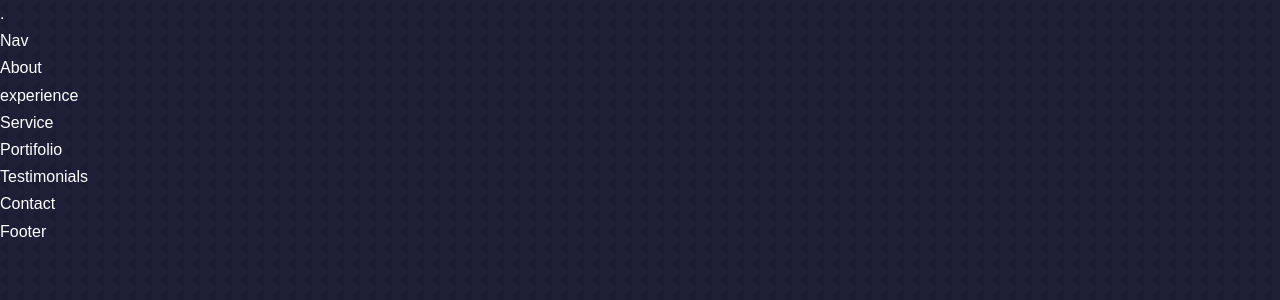
Repository: YuriSarmanho/Portifolio-
Page: / (app in portifolio/)
The author's editor kept a copy of each file at every save. The page is drawn from the files as they stood at one save, then again after a run of saves.
The browser window is 1280 px wide. The pictures show the whole page.
The project was rebuilt for these pictures with package versions that can differ from the ones it lists, and the page was loaded fresh each time. Also part of the build but not shown: portifolio/src/Components/Header/Header.css.

Above is the page before, as saved 2022-05-11 16:01:55.

### portifolio/public/index.html
<!DOCTYPE html>
<html lang="pt-br">
<head>
    <meta charset="UTF-8">
    <meta http-equiv="X-UA-Compatible" content="IE=edge">
    <meta name="viewport" content="width=device-width, initial-scale=1.0">
    <title>Yuri Sarmanho Monteiro</title>
</head>
<body>
    <div id="root"></div>
</body>
</html>

### portifolio/src/index.js
import ReactDOM from 'react-dom'
import App from './App'

ReactDOM.render(<App/>, document.querySelector("#root"))

### portifolio/src/App.jsx
import React from "react";
import './index.css'

import Header from "./Components/Header/Header";
import About from "./Components/About/About";
import Contact from "./Components/Contact/Contact";
import Experience from "./Components/Experience/Experience";
import Footer from "./Components/Footer/Footer";
import Nav from "./Components/Nav/Nav";
import Testimonials from "./Components/Testimonials/Testimonials";
import Service from "./Components/Service/Service";
import Portifolio from "./Components/Portifolio/Portifolio";



const App = () => {
  return (
    <>
      <Header />
      <Nav/>
      <About />
      <Experience/>
      <Service/>
      <Portifolio/>
      <Testimonials/>
      <Contact/>
      <Footer/>
    </>
  );
};

export default App;

### portifolio/src/index.css
* {
  margin: 0;
  padding: 0;
  border: 0;
  outline: 0;
  box-sizing: border-box;
  list-style: none;
  text-decoration: none;
}
:root {
  --color-bg: #1f1f38;
  --color-bg-variant: #2c2c6c;
  --color-primary: #4db5ff;
  --color-primary-variant: rgba(77, 181, 255, 0.4);
  --color-white: #fff;
  --color-light: rgba(255, 255, 255, 0.6);

  --transition: all 400ms ease;

  --container-width-lg: 75%;
  --container-width-md: 86%;
  --container-width-sm: 90%;
}
html {
  scroll-behavior: smooth;
}
::-webkit-scrollbar {
  display: none;
}

body {
  font-family: "Poppins", sans-serif;
  background-color: var(--color-bg);
  color: var(--color-white);
  line-height: 1.7;
  background-image: url(../src/assets/bg-texture.png);
}

.container {
  width: var(--container-width-lg);
  margin: 0 auto;
}

h1,
h2,
h3,
h4,
h5 {
  font-weight: 500;
}
h1 {
  font-size: 2.5rem;
}
section {
  margin-top: 8rem;
}
section > h2,
section > h5 {
  text-align: center;
  color: var(--color-ligth);
}

section > h2 {
  color: var(--color-primary);
  margin-bottom: 3rem;
}

.text-light {
  color: var(--color-light);
}
a {
  color: var(--color-primary);
  transition: var(--transition);
}
a:hover{
    color: var(--color-white);
}
.btn{
    width: max-content;
    display: inline-block;
    color: var(--color-primary);
    padding: 0.75rem 1.2rem;
    border-radius: 0.4rem;
    cursor: pointer;
    border: 1px solid var(--color-primary);
    transition: var(--transition);
}

.btn:hover{
    background-color: var(--color-white);
    color: var(--color-bg);
    border: transparent;
}

.btn-primary{
    background-color: var(--color-primary);
    width: 100%;
     object-fit: cover;
}

/*MEDIUM DEVICE*/
@media screen and (max-width:1024px){
    .container{
        width: var(--container-width-md);
    }
    section{
        margin-top: 6rem;
    }
}

/*SMALL DEVICE*/
@media screen and (max-width:600px){
    .container{
        width: var(--container-width-sm);
    }
    section > h2{
        margin-bottom: 2rem;
    }
}

### portifolio/src/Components/Header/Header.jsx
import React from 'react'
import './Header.css'
const header = () => {
  return (
    <header>
      .
    </header>
  )
}

export default header

### portifolio/src/Components/Experience/Experience.jsx
import React from 'react'

const experience = () => {
  return (
    <div>experience</div>
  )
}

export default experience

### portifolio/src/Components/Portifolio/Portifolio.jsx
import React from 'react'

const Portifolio = () => {
  return (
    <div>Portifolio</div>
  )
}

export default Portifolio

Loaded but not shown: portifolio/src/Components/About/About.jsx (common file); portifolio/src/Components/Contact/Contact.jsx (common file); portifolio/src/Components/Footer/Footer.jsx (common file); portifolio/src/Components/Nav/Nav.jsx (common file); portifolio/src/Components/Testimonials/Testimonials.jsx (common file); portifolio/src/Components/Service/Service.jsx (common file); portifolio/src/Components/Header/Header.css (no copy from this time; the picture is the same without it)

After the next 2 saves:
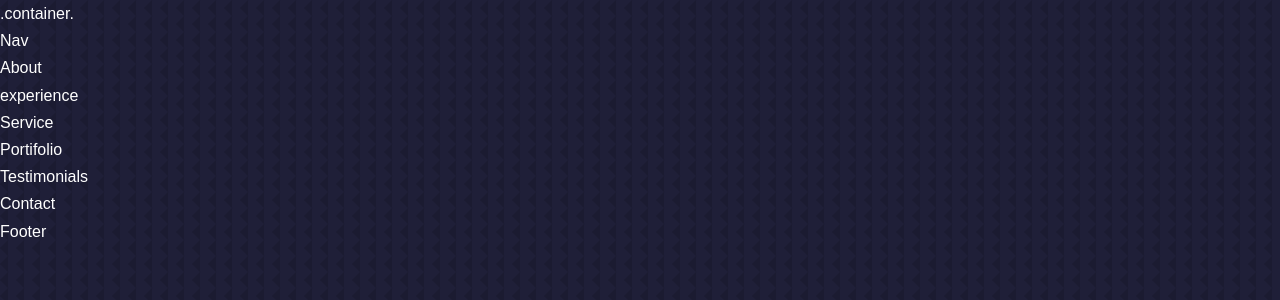
The 2 saves are shown as one change because they came seconds apart.
The last was saved 7 s later.
--- a/portifolio/src/Components/Header/Header.jsx
+++ b/portifolio/src/Components/Header/Header.jsx
@@ -3,7 +3,7 @@
 const header = () => {
   return (
     <header>
-      .
+      .container.
     </header>
   )
 }
